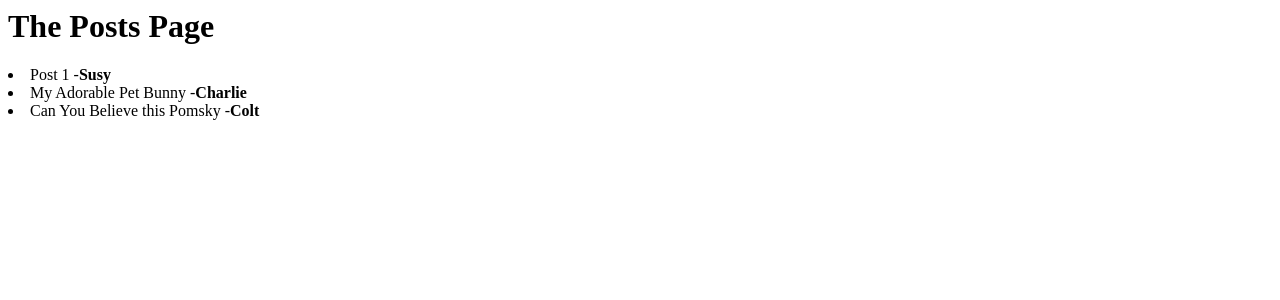
Repository: demioke/web-development-bootcamp
Page: http://localhost/posts
The author's editor kept a record of every edit. The page is drawn from the files as they stood at one moment, then again after a run of edits.
The browser window is 1280 px wide. The pictures show the whole page.
The page is served by the project's Node server (MoreExpress/EJSDemo/app.js).

Above is the page before.

After the next 2 edits:
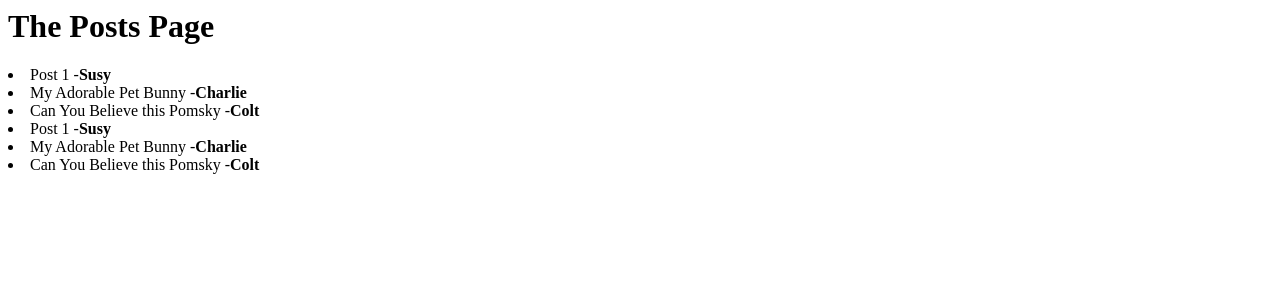
The 2 edits are shown as one change because 1 did not build or start.
The edit:
--- a/MoreExpress/EJSDemo/views/posts.ejs
+++ b/MoreExpress/EJSDemo/views/posts.ejs
@@ -6,3 +6,9 @@
         <%= posts[i].title %> -<strong><%= posts[i].author %></strong>
     </li>
 <% } %>
+
+<% posts.forEach(function(post) { %>
+    <li>
+        <%= post.title %> -<strong><%= post.author %></strong>
+    </li>
+<% }); %>
